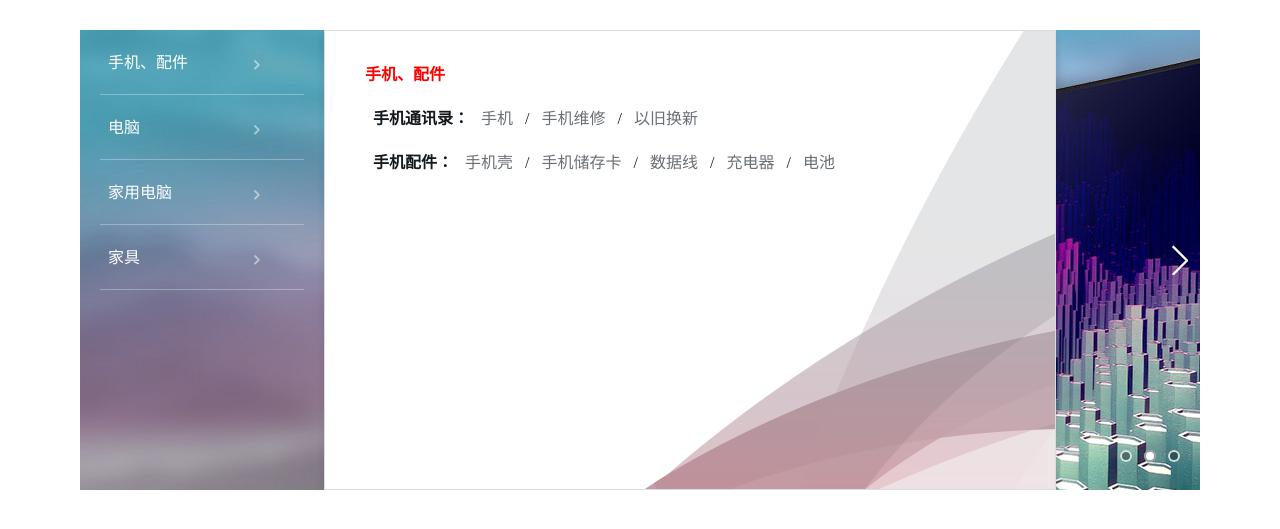
Repository: zhenzhen-gong/JSslider
Page: index.html
These files come from the project's save history. The page is drawn as it stood at one moment and after the next save; the edit follows.
The browser window is 1280 px wide. The pictures show the whole page.

Above is the page before, as saved 2020-06-06 19:01:06.

### index.html
<!DOCTYPE html>
<html lang="en">

<head>
    <meta charset="UTF-8">
    <meta name="viewport" content="width=device-width, initial-scale=1.0">
    <title>JS实现轮播图</title>
    <link rel="stylesheet" href="style.css">
    <script src="js.js"></script>
</head>

<body>
    <div class="main" id="main">
        <!-- 导航栏 -->
        <div class="menu-box">
            <div class="menu-title">
                <a href="#">
                    <span class="text">手机、配件</span><span class="ico">&#xe665;</span>
                </a>
            </div>
            <div class="menu-title">
                <a href="#">
                    <span class="text">电脑</span><span class="ico">&#xe665;</span>
                </a>
            </div>
            <div class="menu-title">
                 <a href="#">
                    <span class="text">家用电脑</span><span class="ico">&#xe665;</span>
                </a>
            </div>
            <div class="menu-title">
                <a href="#">
                    <span class="text">家具</span><span class="ico">&#xe665;</span>
                </a>
            </div>
        </div>
        <!-- 子菜单 -->
        <div class="menu-content">
            <!-- 每个一级menu对应的内容 -->
            <div class="content-box">
                <h4>手机、配件</h4>
                <ul>
                    <li>
                        <span class="title">手机通讯录：</span>
                        <a href="#">手机</a>
                        <span>/</span>
                        <a href="#">手机维修</a>
                        <span>/</span>
                        <a href="#">以旧换新</a>
                    </li>
                    <li>
                        <span class="title">手机配件：</span>
                        <a href="#">手机壳</a>
                        <span>/</span>
                        <a href="#">手机储存卡</a>
                        <span>/</span>
                        <a href="#">数据线</a>
                        <span>/</span>
                        <a href="#">充电器</a>
                        <span>/</span>
                        <a href="#">电池</a>
                    </li>
                    <li></li>
                    <li></li>
                    <li></li>
                </ul>
            </div>
        </div>
        <!-- 图片轮播 -->
        <div class="slider" id="slider">
            <a href="">
                <div class="img img1 img-active"></div>
            </a>
            <a href="">
                <div class="img img2"></div>
            </a>
            <a href="">
                <div class="img img3"></div>
            </a>
        </div>
        <!-- 左右箭头 -->
        <span class="button left" id="pre"></span>
        <span class="button right" id="next"></span>
        <!-- 圆点切换 -->
        <div class="circle" id="circle">
            <span class="active"></span>
            <span></span>
            <span></span>
        </div>
        <div class="nav"></div>
        <div class="content"></div>
    </div>
</body>

</html>

### style.css
*{
    margin: 0;
    padding: 0;
}
ul{
    list-style: none;
}
@font-face {font-family: 'iconfont';
    src: url('../img/font/iconfont.eot');
    src: url('../img/font/iconfont.eot') format('embedded-opentype'),
    url('../img/font/iconfont.woff') format('woff'),
    url('../img/font/iconfont.ttf') format('truetype'),
    url('../img/font/iconfont.svg#iconfont') format('svg');
}
body{
    font-family: "微软雅黑";
    color: #14191e;
}
.main{
    position: relative;
    width: 1120px;
    height: 460px;
    margin: 30px auto;
    overflow: hidden;
}
.slider{
    position: relative;
    width: 1120px;
    height: 460px;
}
.img{
    position: absolute;
    width: 1120px;
    height: 460px;
    background-repeat: no-repeat;
    overflow: hidden;
    display: none;
}
.img1{
    background-image: url(img/bg1.jpg);
}
.img2{
    background-image: url(img/bg2.jpg);
}
.img3{
    background-image: url(img/bg3.jpg);
}
.img-active{
    display: block;
}
.button{
    position: absolute;
    width: 40px;
    height: 80px;
    left: 244px;
    top: 50%;
    margin-top: -40px;
    background:url(img/arrow.png) no-repeat center center ;
}
.button:hover{
    background-color: #333;
    opacity: 0.3;
    filter: alpha(opacity=80);/*是为了解决兼容问题，属于css3的filter属性*/
}
.right{
    left: auto;
    right: 0;
}
.left{
    transform: rotate(180deg);
}
.circle{
    position: absolute;
    right: 20px;
    bottom: 24px;
}
.circle span{
    display: inline-block;
    height: 12px;
    width: 12px;
    border-radius: 50%;
    background-color: rgba(7, 17, 27, 0.4);
    margin-left: 8px;
    box-shadow: 0 0 0 2px rgba(255, 255, 255, 0.8) inset;
    cursor: pointer;
}
.circle span.active{
    background-color: #ffffff;
    box-shadow: 0 0 0 2px rgba(7, 17, 27, 0.4) inset;
}
.menu-box{
    position: absolute;
    left: 0;
    top: 0;
    z-index: 1;
    width: 244px;
    height: 460px;
    background-color: rgba(7, 17, 27, 0.3);
}
.menu-title{
    position: relative;
    padding: 0 8px;
    margin: 0 20px;
    border-bottom: 1px solid rgba(255, 255, 255, 0.3);
    height: 64px;
    line-height: 66px;
}
.menu-title a{
    text-decoration: none;
    color: #5e5e5e;
    font-size: 16px;
    color: #ffffff;
}
.menu-title .ico{
    position: absolute;
    right: 32px;
    top: 2px;
    font-size: 30px;
    font-family: "iconfont";
    color: rgba(255, 255, 255, 0.5);
}
.menu-content{
    position: absolute;
    left: 244px;
    top: 0;
    width: 730px;
    height: 458px;
    border: 1px solid #d9dde1;
    z-index: 1;
    box-shadow: 0 4px 8px 0 rgba(0, 0, 0, 0.1);
    background: url(img/fe.png) no-repeat;
}
.content-box{
    width: 100%;
    height: 100%;
    padding: 30px 40px;
    box-sizing: border-box;
}
.content-box h4{
    color: red;
}
.content-box li{
    margin-top: 20px;
    overflow: hidden;
}
.content-box a{
    text-decoration: none;
    color: rgba(7, 17, 27,0.6);
}
.content-box .title{
    font-weight: bolder;
}
.content-box span{
    padding: 0 8px;
}

### js.js
window.onload = function () {
    function byId(id){
        return typeof(id) === "string"? document.getElementById(id):id;
      }
      var index = 0,
          timer =null,
          sliders = byId("slider").getElementsByTagName("div"),
          circles = byId("circle").getElementsByTagName("span"),
          len = sliders.length,
          pre = byId("pre"),
          next = byId("next")

     function imgSlider(){
         var main = byId("slider")
        //   鼠标移动到图片上方，图片停止切换
        main.onmouseover = function(){
          if(timer) clearInterval(timer)
        }
        // 鼠标移出图片区域时，图片继续滑动
        main.onmouseout = function(){
            timer = setInterval(function(){
                index++;
                if(index>=len){
                    index = 0;
                }
                // 切换图片
                changeImg()
            }, 3000);
        }
        main.onmouseout();
        //点击圆点切换图片
        // 1、找到所有圆点  并为每个圆点绑定click事件
        for(let i = 0;i<len;i++){
            circles[i].id = i
            circles[i].onclick = function(){
               index = i
                //2、调用切换图片的函数
            changeImg()
            }
        }
        // 给左右箭头绑定点击事件
        next.onclick = function(){
            index++;
            if(index>=len) index=0
            changeImg()
        }
        pre.onclick = function(){
            index--;
            if(index<0) index = len - 1
            changeImg()
        }
     }
     function changeImg(){
         // 当前图片的display属性为block，其他为none；
         for (let i = 0;i<len;i++){
             sliders[i].style.display = "none"
             circles[i].className = " " //清除所有小圆点上的类，在当前小圆点上增加active类名  实现点击哪个小圆点，那个小圆点的样式改变
         }
         sliders[index].style.display = "block"
         circles[index].className = "active"
     }
     imgSlider()
}

After the next save:
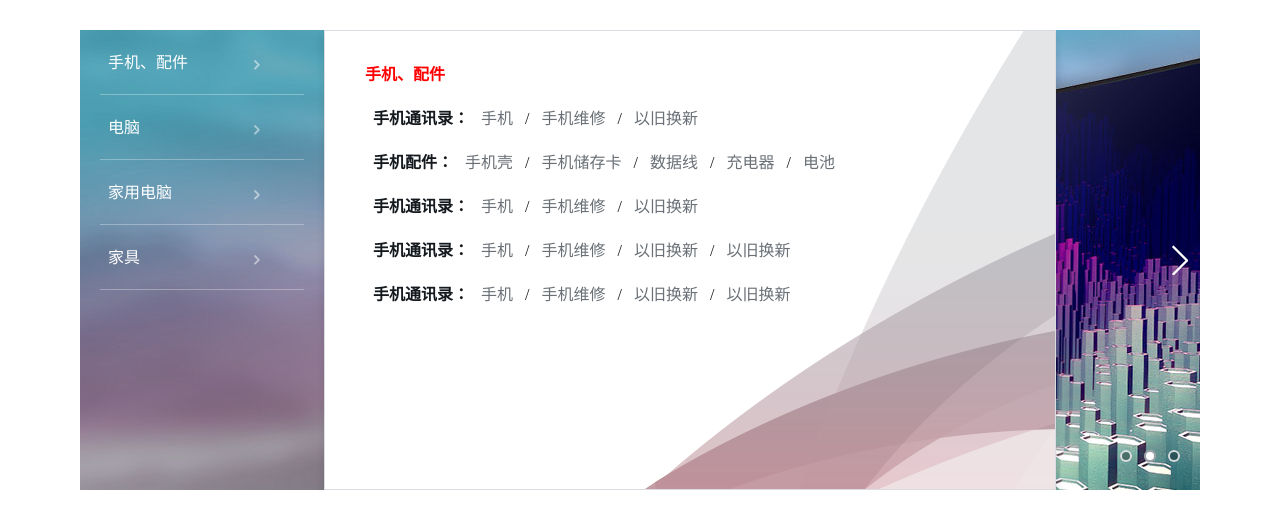
Saved 86 s later.
--- a/index.html
+++ b/index.html
@@ -60,9 +60,34 @@
                         <span>/</span>
                         <a href="#">电池</a>
                     </li>
-                    <li></li>
-                    <li></li>
-                    <li></li>
+                    <li>
+                        <span class="title">手机通讯录：</span>
+                        <a href="#">手机</a>
+                        <span>/</span>
+                        <a href="#">手机维修</a>
+                        <span>/</span>
+                        <a href="#">以旧换新</a>
+                    </li>
+                    <li>
+                        <span class="title">手机通讯录：</span>
+                        <a href="#">手机</a>
+                        <span>/</span>
+                        <a href="#">手机维修</a>
+                        <span>/</span>
+                        <a href="#">以旧换新</a>
+                        <span>/</span>
+                        <a href="#">以旧换新</a>
+                    </li>
+                    <li>
+                        <span class="title">手机通讯录：</span>
+                        <a href="#">手机</a>
+                        <span>/</span>
+                        <a href="#">手机维修</a>
+                        <span>/</span>
+                        <a href="#">以旧换新</a>
+                        <span>/</span>
+                        <a href="#">以旧换新</a>
+                    </li>
                 </ul>
             </div>
         </div>
